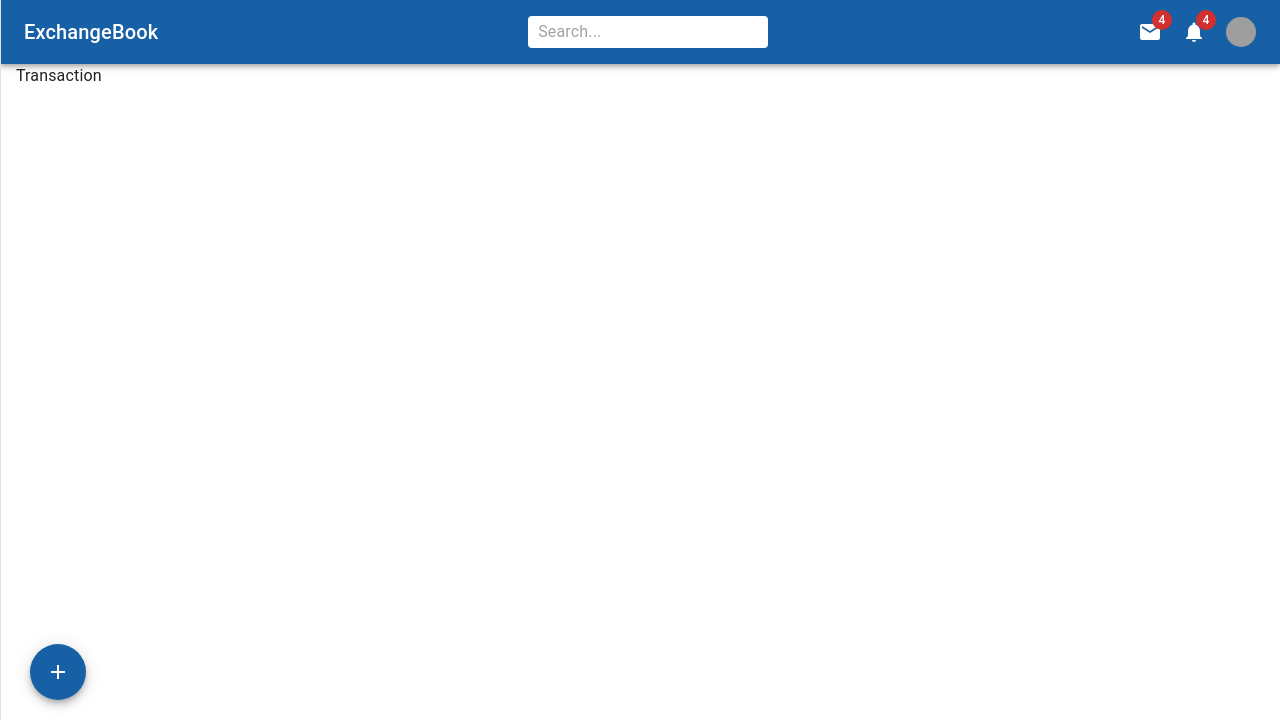
Repository: TrangPhuongLam07/exchangebookfrontend
Page: /management/transaction
An editor plug-in stored every save of this project. The page is shown before and after the next save, followed by the edit.
The browser window is 1280 px wide. The pictures show the whole page.
Pictures or frames that could not be fetched are drawn as grey boxes. The project was rebuilt for these pictures with package versions that can differ from the ones it lists, and the page was loaded fresh each time. Some packages were replaced by stand-ins written for this rebuild. Also part of the build but not shown: craco.config.js. Imported but missing from the stored project, and not drawn on this page: src/pages/management/add-post, src/pages/management/update-post, src/utils.

Above is the page before, as saved 2023-08-01 16:50:47.

After the next save:
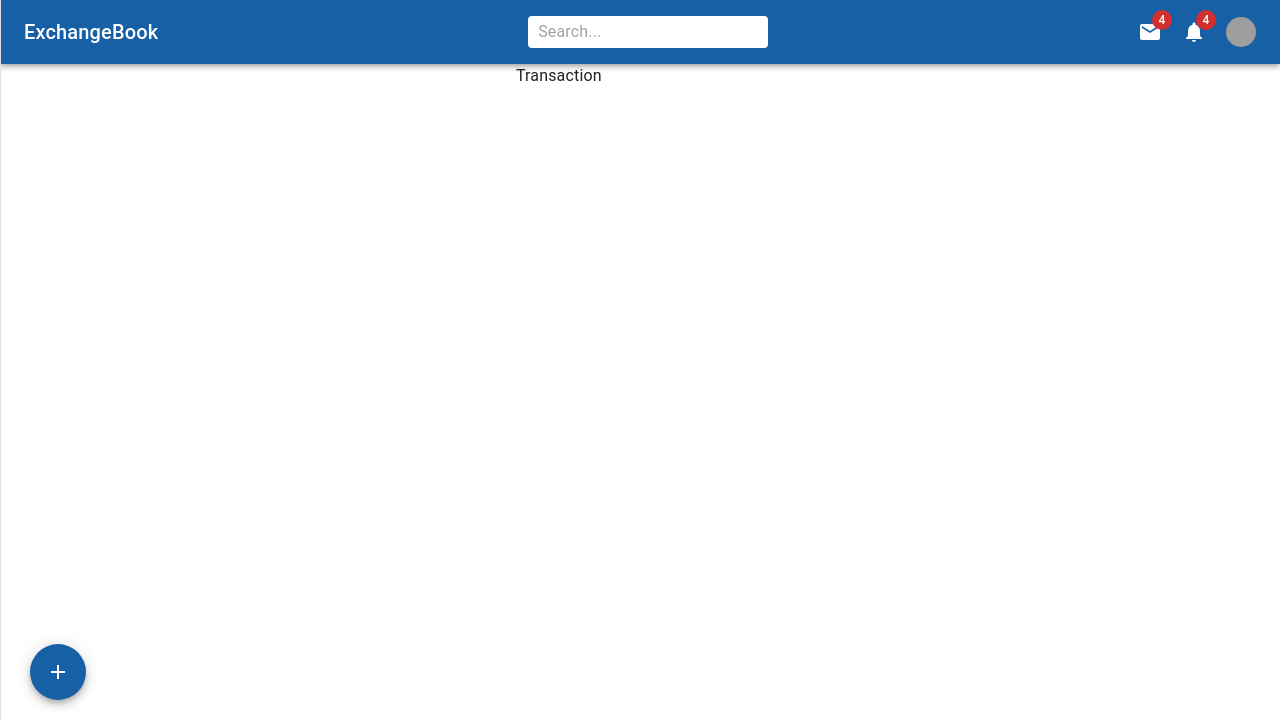
Saved 67 s later.
--- a/src/components/sidebar/index.js
+++ b/src/components/sidebar/index.js
@@ -71,7 +71,7 @@ const Sidebar = () => {
     //     </List>
     //   </Box>
     // </Box>
-    <Drawer variant="permanent"></Drawer>
+    <Drawer variant="permanent" sx={{ width: 500 }}></Drawer>
   );
 };
 
